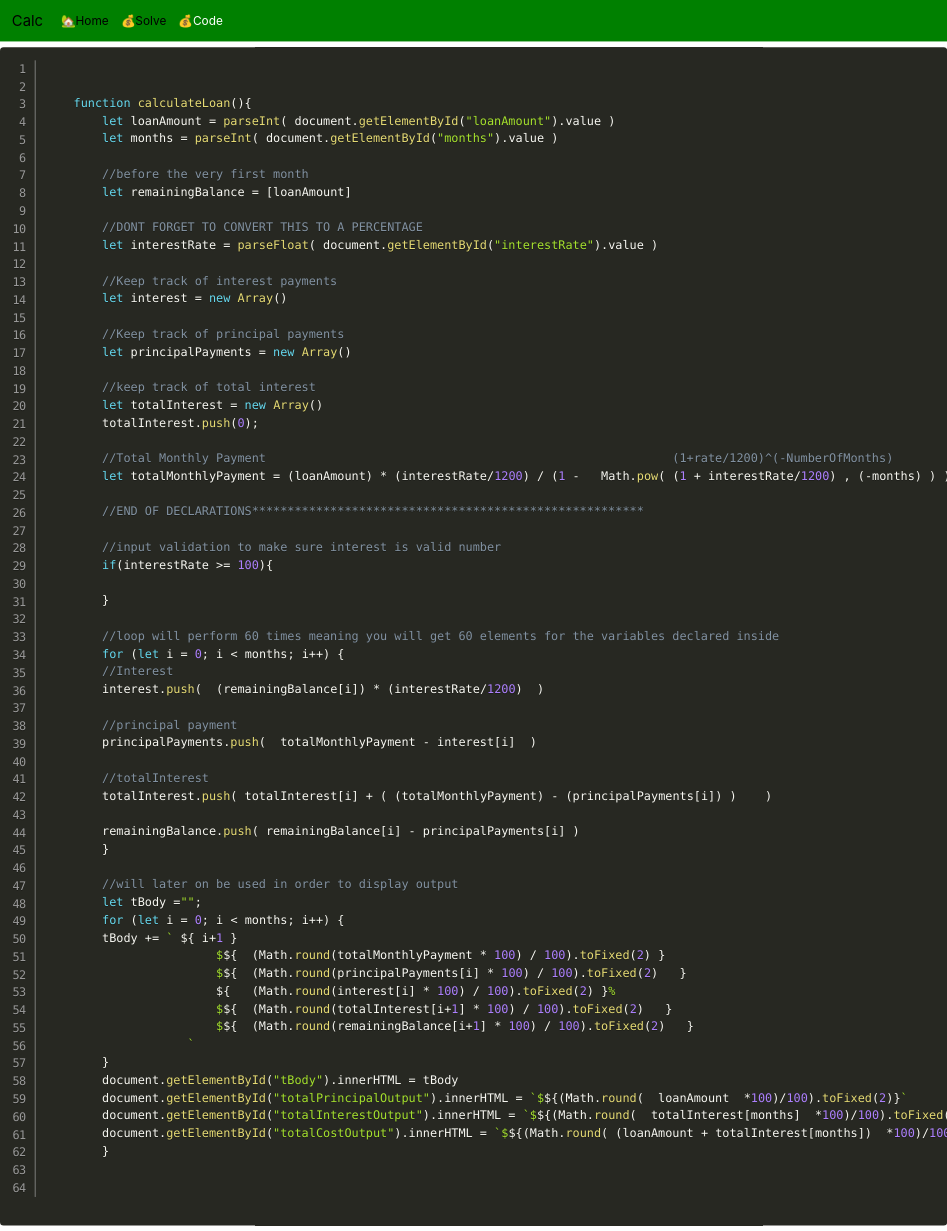
Repository: zhadjah9559/MortgageManager
Page: code.html
These files come from the project's save history. The page is drawn as it stood at one moment and after the next save; the edit follows.
The browser window is 1280 px wide. The pictures show the whole page, at 74% of full size.

Above is the page before, as saved 2021-01-17 14:24:15.

After the next save:
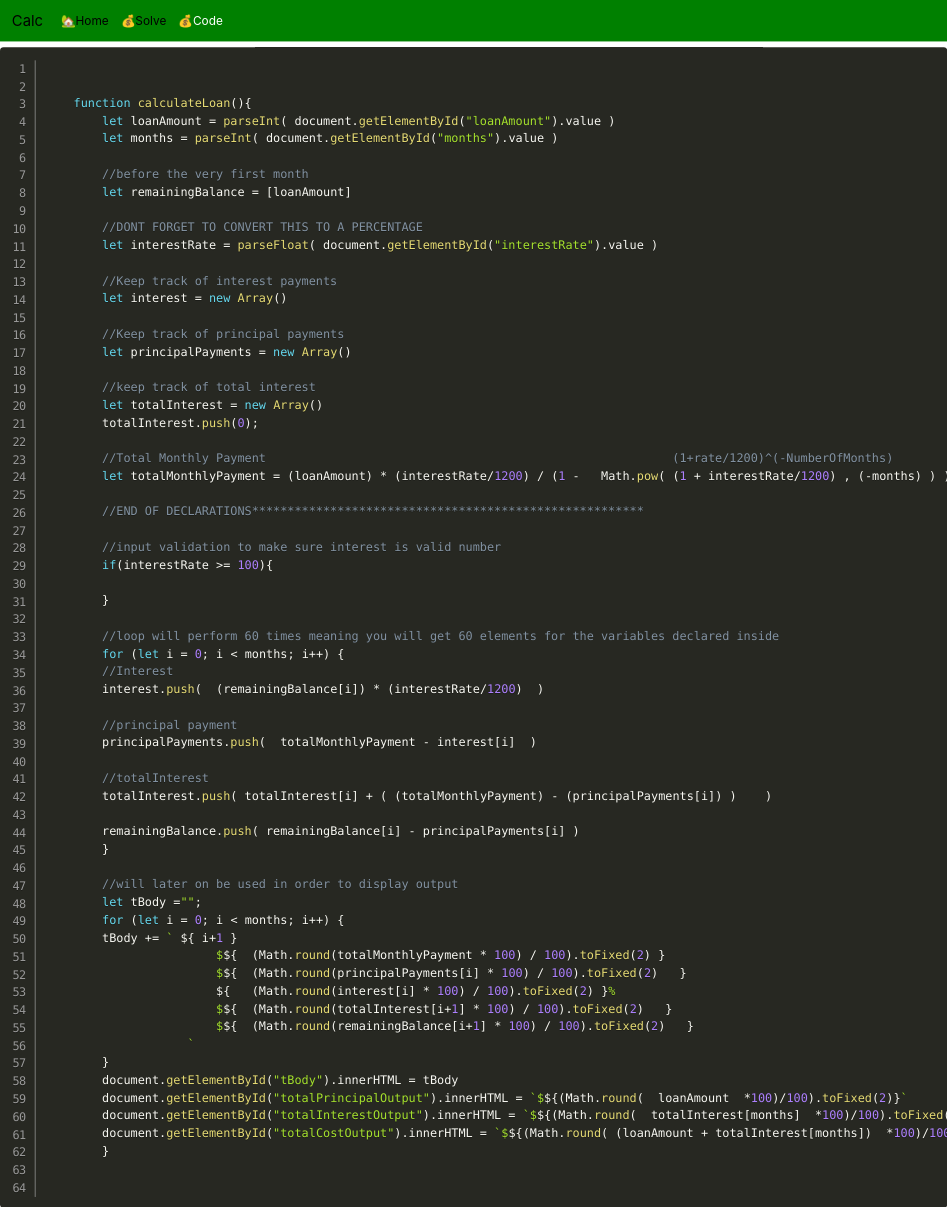
Saved 5 s later.
--- a/code.html
+++ b/code.html
@@ -95,8 +95,7 @@
         document.getElementById("totalCostOutput").innerHTML = `$${(Math.round( (loanAmount + totalInterest[months])  *100)/100).toFixed(2)}`
         }
 
-        </code>
-    </pre>
+        </code></pre>
 
     <!-- Optional JavaScript -->
     <!-- jQuery first, then Popper.js, then Bootstrap JS -->
